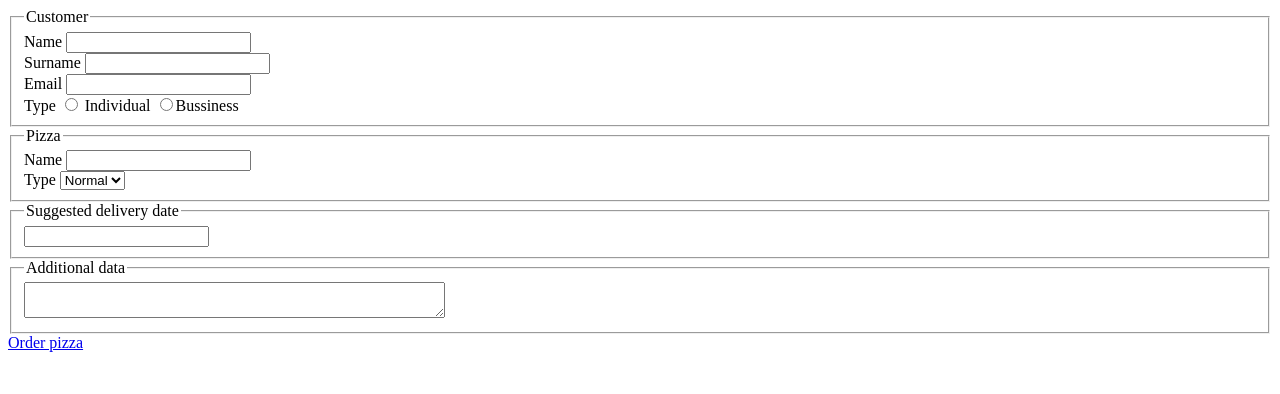
Repository: lukas77pro/html_css_js
Page: html/Test/WebContent/Formularz.html
These files come from the project's save history. The page is drawn as it stood at one moment and after the next save; the edit follows.
The browser window is 1280 px wide. The pictures show the whole page.

Above is the page before, as saved 2015-07-10 11:53:25.

### html/Test/WebContent/Formularz.html
<!DOCTYPE html>
<html>
<head>
<meta charset="UTF-8">
<title>Insert title here</title>
</head>

<body>


	<fieldset>
		<legend>Customer</legend>
		<div>
			<label for="inputName">Name</label> <input type="text"
				name="inputName">
		</div>
		<div>
			<label for="inputSurname">Surname</label> <input type="text"
				name="inputSurname">
		</div>
		<div>
			<label for="inputEmail">Email</label> <input type="text"
				name="inputEmail">
		</div>
		<div>
			<label for="radio1">Type</label> <input type="radio" name="radio1">
			<label for="radio1">Individual</label> <input type="radio"
				name="radio2"><label for="radio2">Bussiness</label>
		</div>
	</fieldset>

	<fieldset>
		<legend>Pizza</legend>
		<div>
			<label for="inputName">Name</label> <input type="text"
				name="inputName">
		</div>
		<label for="inputName">Type</label> <select name="select">
			<option value="Small">Small</option>
			<option value="Normal" selected>Normal</option>
			<option value="Big">Big</option>
		</select>
	</fieldset>

	<fieldset>
		<legend>Suggested delivery date</legend>
		<input type="text" name="Date">
	</fieldset>

	<fieldset>
		<legend>Additional data</legend>
		<textarea name="textarea" rows="2" cols="50"></textarea>
	</fieldset>
	<a href="Tabela.html" class="button">Order pizza</a>
</body>
</html>

After the next save:
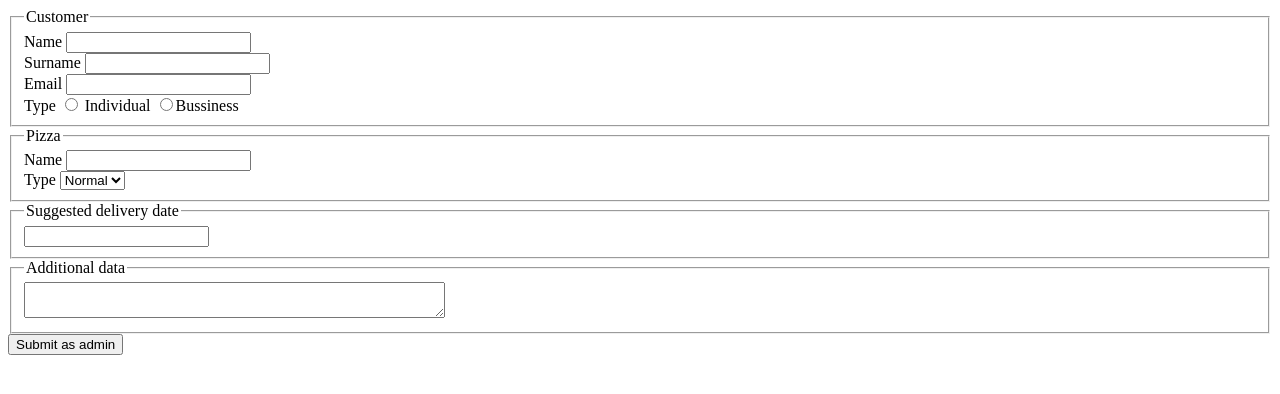
Saved 2 min 8 s later.
--- a/html/Test/WebContent/Formularz.html
+++ b/html/Test/WebContent/Formularz.html
@@ -51,6 +51,6 @@
 		<legend>Additional data</legend>
 		<textarea name="textarea" rows="2" cols="50"></textarea>
 	</fieldset>
-	<a href="Tabela.html" class="button">Order pizza</a>
+	<button type="submit" formaction="Tabela.html">Submit as admin</button>
 </body>
 </html>
